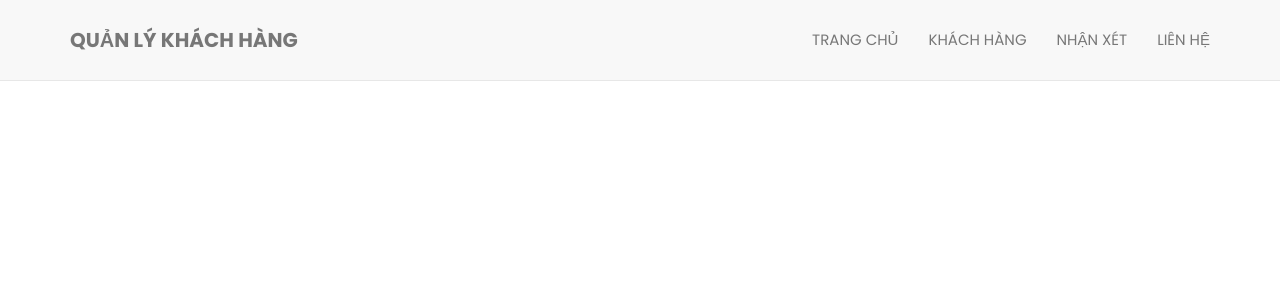
Repository: huutien1904/bt2-ltw
Page: index.html
An editor plug-in stored every save of this project. The page is shown before and after the next save, followed by the edit.
The browser window is 1280 px wide. The pictures show the whole page.

Above is the page before, as saved 2021-11-03 21:11:48.

### index.html
<!DOCTYPE html>
<html lang="en">
<head>
    <meta charset="UTF-8">
    <meta http-equiv="X-UA-Compatible" content="IE=edge">
    <meta name="viewport" content="width=device-width, initial-scale=1.0">
    <title>Quản Lý Khách Hàng</title>
    <link rel="stylesheet" href="https://maxcdn.bootstrapcdn.com/bootstrap/3.4.1/css/bootstrap.min.css">
    <link href="https://fonts.googleapis.com/css?family=Montserrat" rel="stylesheet" type="text/css">
    <link href="https://fonts.googleapis.com/css?family=Lato" rel="stylesheet" type="text/css">
    <!-- style -->
    <link rel="stylesheet" href="./style.css">
    <!-- font Poppins -->
    <link rel="preconnect" href="https://fonts.googleapis.com">
    <link rel="preconnect" href="https://fonts.gstatic.com" crossorigin>
    <link href="https://fonts.googleapis.com/css2?family=Poppins:wght@100;200;300;400;500;600;700;800;900&display=swap" rel="stylesheet">
    <!-- javacript boostrap -->
    <script src="https://ajax.googleapis.com/ajax/libs/jquery/3.5.1/jquery.min.js"></script>
    <script src="https://maxcdn.bootstrapcdn.com/bootstrap/3.4.1/js/bootstrap.min.js"></script>
</head>
<body>
    <nav class="navbar navbar-default navbar-fixed-top">
        <div class="container">
          <div class="navbar-header">
            <a class="navbar-brand" href="#myPage">QUẢN LÝ KHÁCH HÀNG</a>
          </div>
          <div class="collapse navbar-collapse" id="myNavbar">
            <ul class="nav navbar-nav navbar-right">
              <li><a href="#about">TRANG CHỦ</a></li>
              <li><a href="#services">KHÁCH HÀNG</a></li>
              <li><a href="#pricing">NHẬN XÉT</a></li>
              <li><a href="#contact">LIÊN HỆ</a></li>
            </ul>
          </div>
        </div>
    </nav>
</body>
</html>

### style.css
*{
  font-family: 'Poppins', sans-serif;
}
:root {
  --primary-color: #0f9d58;
  --backgound-color: #f0f3f7;
  --secon-color: #9da2ad;
  --grey: #7a7a7a;
  --white: #ffffff;
}
body {
  font: 400 15px Lato, sans-serif;
  line-height: 1.8;
  color: #818181;
}
.navbar-default{
  padding: 15px;
}
.navbar-brand{
  font-weight: 700;
  font-size: 20px;
  color: var(--primary-color);
}
li{
  color: var(--primary-color);
}

After the next save:
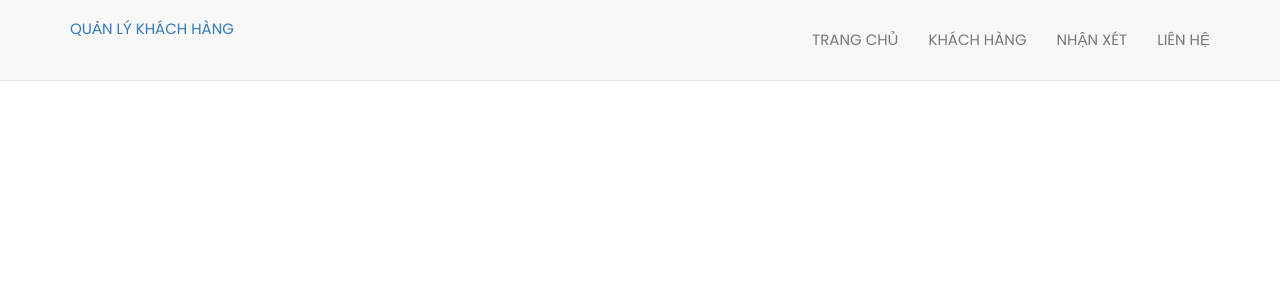
Saved 43 s later.
--- a/index.html
+++ b/index.html
@@ -22,7 +22,7 @@
     <nav class="navbar navbar-default navbar-fixed-top">
         <div class="container">
           <div class="navbar-header">
-            <a class="navbar-brand" href="#myPage">QUẢN LÝ KHÁCH HÀNG</a>
+            <a class="navbar-bran" href="#myPage">QUẢN LÝ KHÁCH HÀNG</a>
           </div>
           <div class="collapse navbar-collapse" id="myNavbar">
             <ul class="nav navbar-nav navbar-right">

After the save that followed:
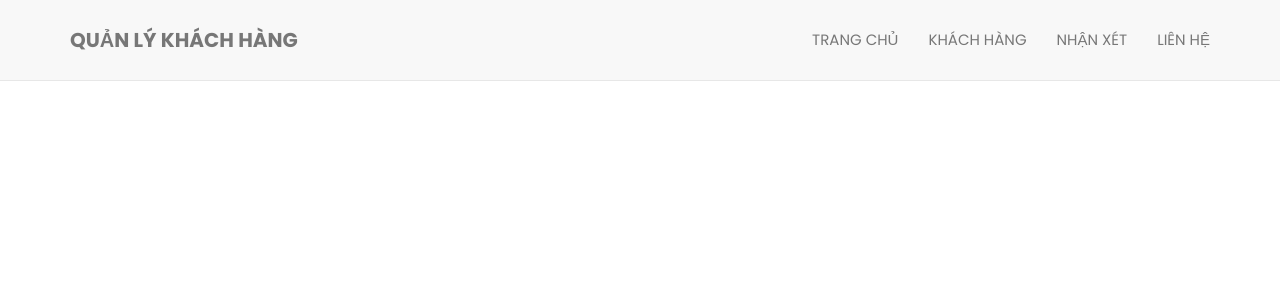
Saved 6 s later.
--- a/index.html
+++ b/index.html
@@ -22,7 +22,7 @@
     <nav class="navbar navbar-default navbar-fixed-top">
         <div class="container">
           <div class="navbar-header">
-            <a class="navbar-bran" href="#myPage">QUẢN LÝ KHÁCH HÀNG</a>
+            <a class="navbar-brand" href="#myPage">QUẢN LÝ KHÁCH HÀNG</a>
           </div>
           <div class="collapse navbar-collapse" id="myNavbar">
             <ul class="nav navbar-nav navbar-right">
